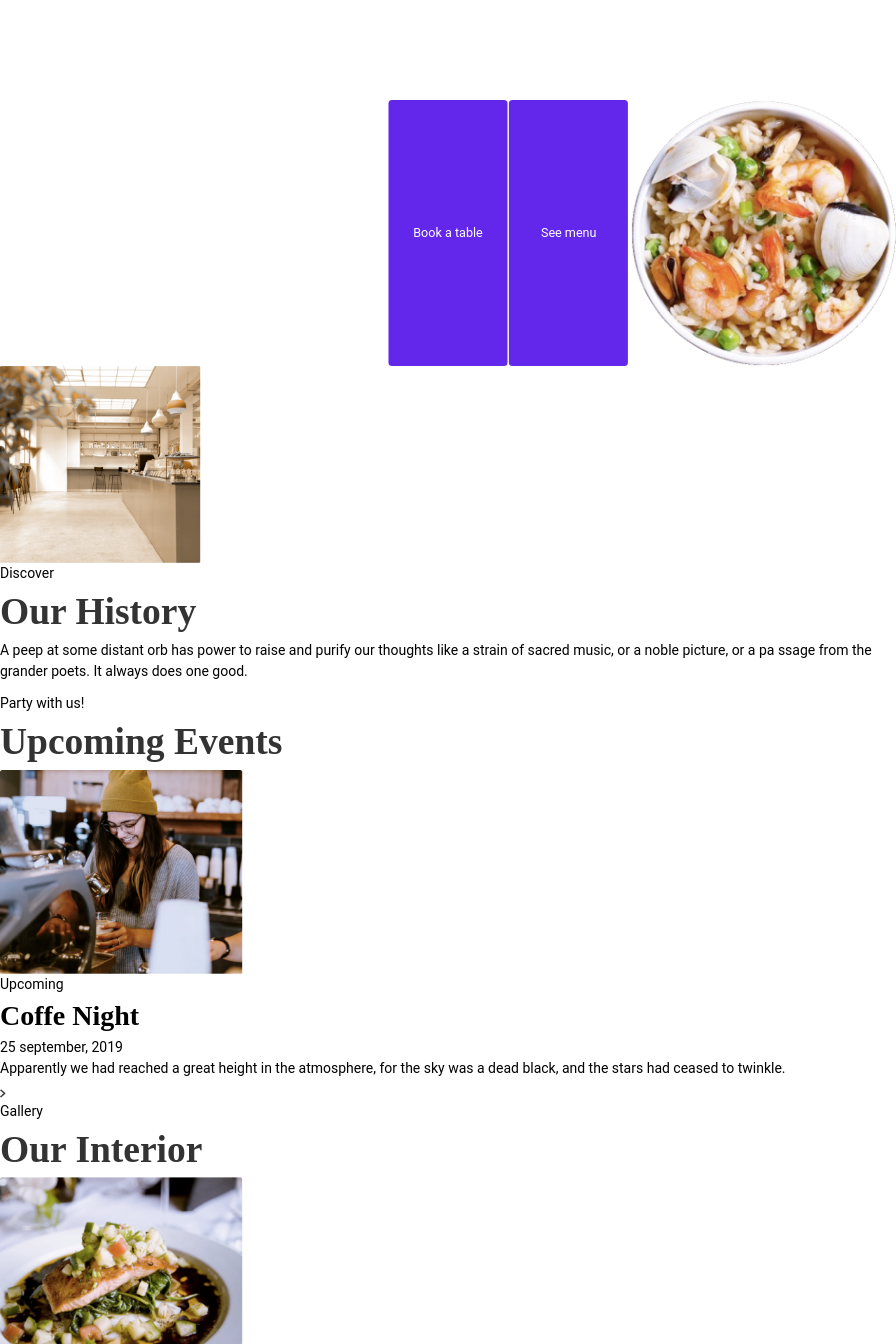
Repository: murilopellis-12/Tailwind-Prova
Page: index.html
An editor plug-in stored every save of this project. The page is shown before and after a run of saves, followed by the edit.
The browser window is 1280 px wide. The pictures show the part of the page from y = 0 to 1920 px (the page is 4349 px tall before and 4330 px after), at 70% of full size.

Above is the page before, as saved 2026-10-26 20:27:17.
Not found: style.css

After the next 2 saves:
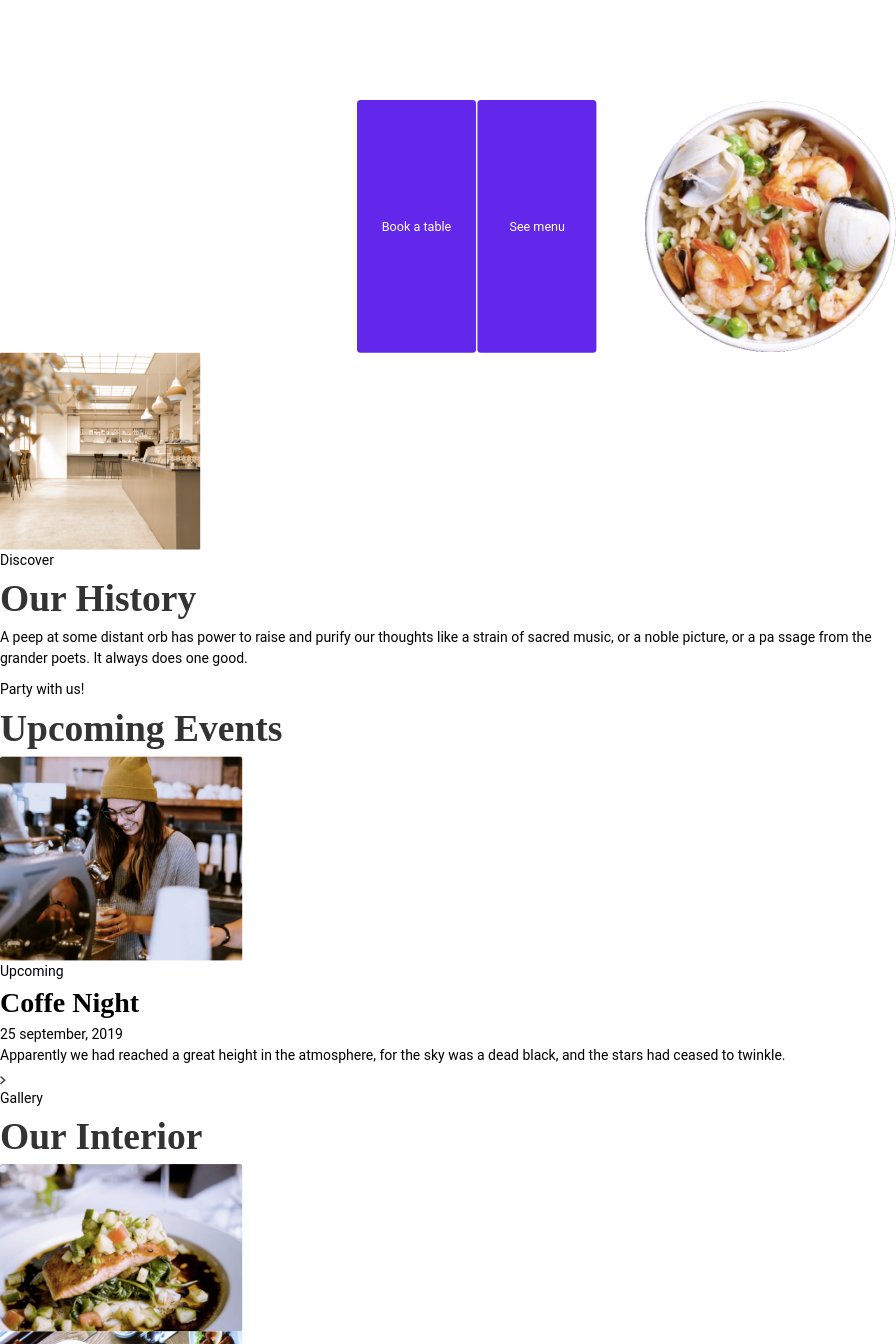
The 2 saves are shown as one change because they came seconds apart.
The last was saved 20 s later.
--- a/index.html
+++ b/index.html
@@ -120,7 +120,7 @@
           </nav>
         </div>
       </div>
-      <div class="div-agrupar-conteudo-hero flex flex-column gap-[clamp(3.6rem, calc(1.982rem + 4.314vw), 6.4rem)]">
+      <div class="div-agrupar-conteudo-hero flex flex-column gap-[clamp(3.6rem,calc(1.982rem+4.314vw),6.4rem)]">
         <div class="conteudo-hero h-auto flex flex-column justify-center gap-[4rem]">
           <h1 id="h1-pagina-principal">Welcome to our restaurant</h1>
           <p id="horario-funcionamento-hero" class="text-[2.4rem] font-light text-[var(--cor-terciaria)]">Everyday 8:00 am - 23:00 pm</p>
